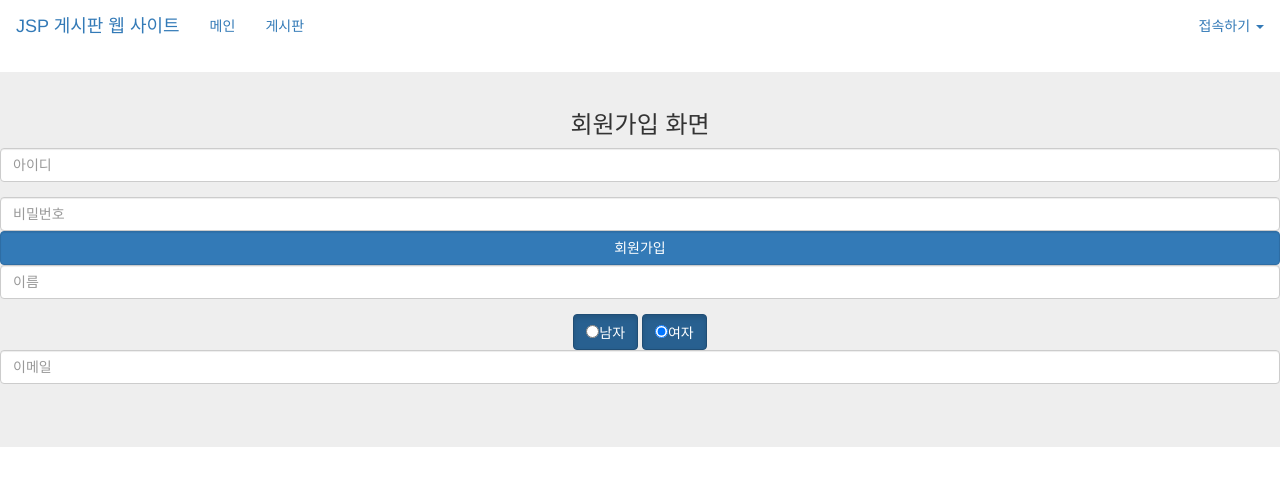
Repository: jobs0414/Final-Project
Page: http://localhost/BBS/join.jsp
These files come from the project's save history. The page is drawn as it stood at one moment and after the next save; the edit follows.
The browser window is 1280 px wide. The pictures show the whole page.
Some web libraries are served in a nearby version. The page is served by Tomcat 9. Other server files are loaded and not shown.

Above is the page before, as saved 2018-08-14 23:34:22.

### ProjectTed/BBS/WebContent/join.jsp
<%@ page language="java" contentType="text/html; charset=utf-8"
    pageEncoding="utf-8"%>
<!DOCTYPE html>
<html>
<head>
<meta charset="utf-8">
<meta name="viewport" content="width-device-width",initial-scale="1">
<link rel="stylesheet" href="css/bootstrap.css">
<title>Insert title here</title>
</head>
<body>

<nav class="navbar navbar-defalut">
	<div class="navbar-header">
	 <button type="button" class="navbar-toggle collapsed"
	 data-toggle="collapse" data-target="abs-example-navbar-collapse"
	 aria-expanded="false">
	 <span class="icon-bar"></span>
	 <span class="icon-bar"></span>
	 <span class="icon-bar"></span>

	 </button>

	  <a class="navbar-brand" href="main.jsp">JSP 게시판 웹 사이트 </a>

	</div>
	<div class="collapse navbar-collapse" id="bs=example-navbar-collapse-1">
	<ul class="nav navbar-nav">
	<li><a href="main.jsp">메인</a>
	<li><a href="bbs.jsp">게시판</a>

	</ul>
	<ul class="nav navbar-nav navbar-right">
	     <li calss="dropdown">
	      <a href="#" class="dropdown-toggle"
	       data-toggle="dropdown" role="button" aria-haspoppup="true"
	       aria-expanded="false">접속하기 <span class="caret"></span></a>
	       <ul class="dropdown-menu">
	       <li class="active"> <a href="login.jsp">로그인 </a></li>
	       <li> <a href="join.jsp">회원가입 </a></li>

	</ul>
	</li>
	</ul>

	</div>
</nav>
<div class="container"> </div>
<div class="clo-lg-4"></div>
<div class="clo-lg-4"></div>
	<div class="jumbotron" style="padding-top:20px;">
	<form method="post" action="joinAction.jsp">
	 <h3 style="text-align: center;"> 회원가입 화면 </h3>
	 <div class="form-group">
	 	<input type="text" class="form-control" placeholder="아이디" name="userID" maxlength="20">
	 	</div>


	 	 <div class="form-group">
	 	<input type="password" class="form-control" placeholder="비밀번호" name="userPassword" maxlength="20">
	 	<input type="submit" class="btn btn-primary form-control" value="회원가입">


	 	<div class="form-group">
	 	<input type="text" class="form-control" placeholder="이름" name="userName" maxlength="20">
	 	</div>




	 	<div class="form-group" style="text-align:center;">
	 	<label class="btn btn-primary active">  <!--자동적으로 active 선택될 수 있게 -->
	 		<input type="radio" name="userGender" autocomplete="off" value="남자" checked>남자
	 		  </label>

	<label class="btn btn-primary active">  <!--자동적으로 active 선택될 수 있게 -->
	 		<input type="radio" name="userGender" autocomplete="off" value="여자" checked>여자
	 		  </label>

	 		  <div class="form-group">
	 	<input type="email" class="form-control" placeholder="이메일" name="userEmail" maxlength="20">
	 	</div>






	 	</div>

	 	</div>


	 </form>


<script src="https://code.jquery.com/jquery-3.1.1.min.js"></script>
<script src="js/bootstrap.js"></script>
</body>
</html>

Loaded but not shown: ProjectTed/BBS/WebContent/css/bootstrap.css (library); ProjectTed/BBS/WebContent/js/bootstrap.js (library)

After the next save:
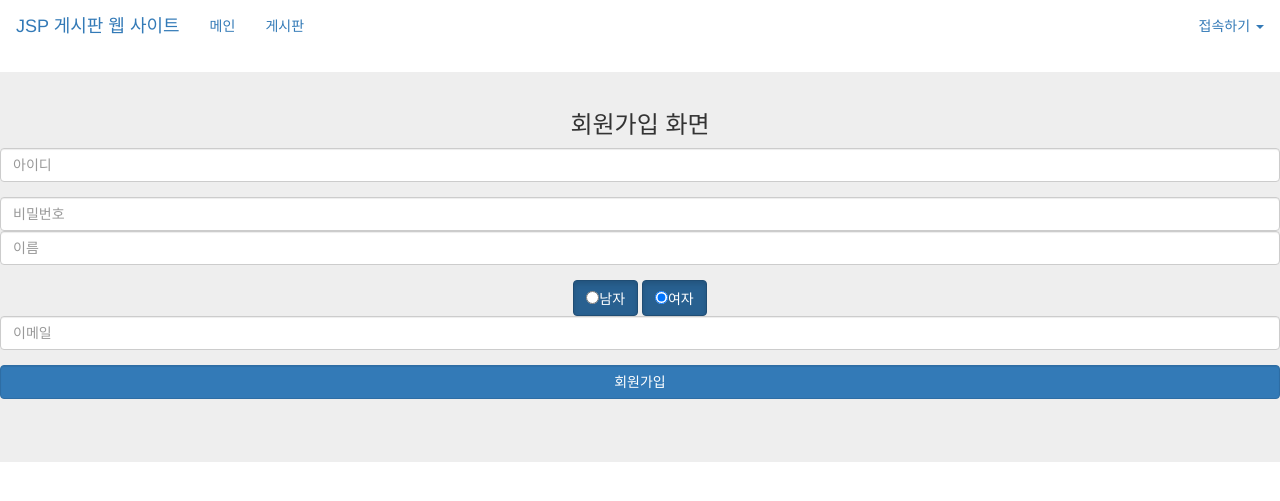
Saved 63 s later.
--- a/ProjectTed/BBS/WebContent/join.jsp
+++ b/ProjectTed/BBS/WebContent/join.jsp
@@ -58,7 +58,7 @@
 
 	 	 <div class="form-group">
 	 	<input type="password" class="form-control" placeholder="비밀번호" name="userPassword" maxlength="20">
-	 	<input type="submit" class="btn btn-primary form-control" value="회원가입">
+
 
 
 	 	<div class="form-group">
@@ -82,7 +82,7 @@
 	 	</div>
 
 
-
+	 		  	 	<input type="submit" class="btn btn-primary form-control" value="회원가입">
 
 
 
